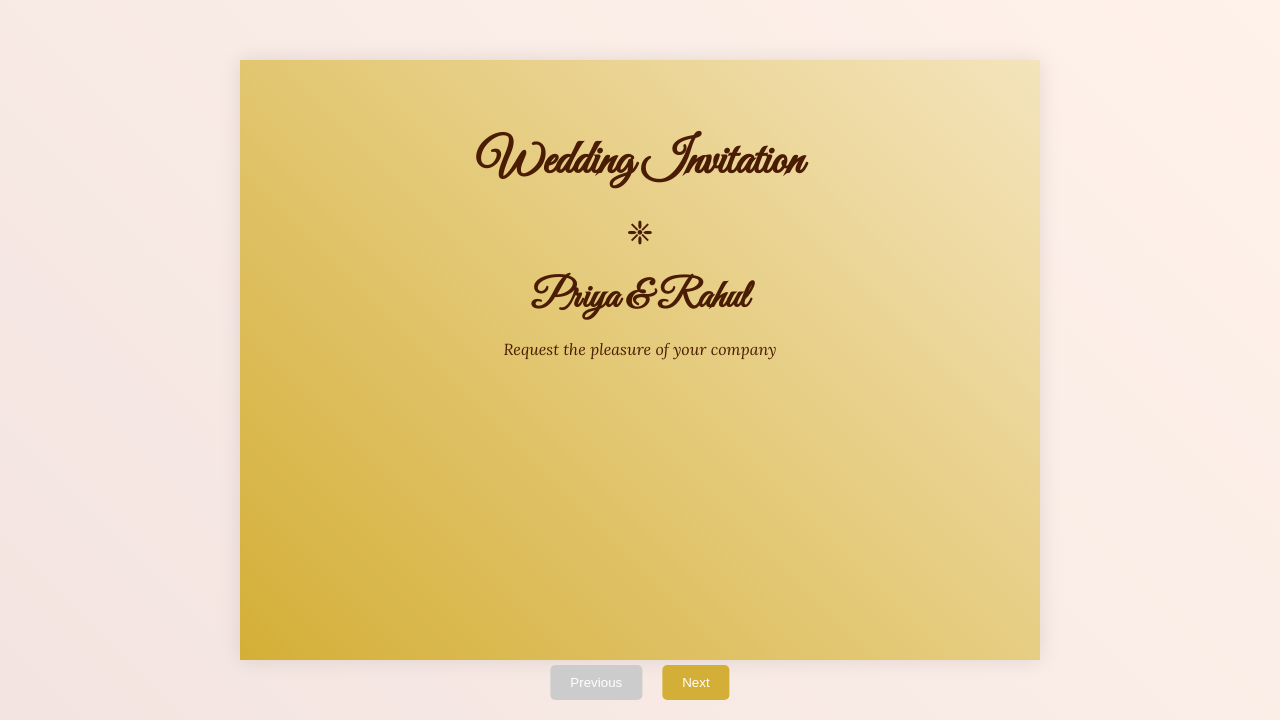
Repository: abhibkop27/finalwedding
Page: index.html
The author's editor kept a copy of each file at every save. The page is drawn from the files as they stood at one save, then again after the next save.
The browser window is 1280 px wide. The pictures show the whole page.

Above is the page before, as saved 2025-02-17 12:17:01.

### index.html
<!DOCTYPE html>
<html lang="en">
<head>
    <meta charset="UTF-8">
    <meta name="viewport" content="width=device-width, initial-scale=1.0">
    <title>Indian Wedding Invitation</title>
    <link rel="stylesheet" href="style.css">
    <link href="https://fonts.googleapis.com/css2?family=Great+Vibes&family=Lora:ital@1&display=swap" rel="stylesheet">
</head>
<body>
    <div class="book">
        <div class="page cover active" data-page="1">
            <div class="content">
                <h1>Wedding Invitation</h1>
                <div class="ornament">❈</div>
                <h2>Priya & Rahul</h2>
                <p>Request the pleasure of your company</p>
            </div>
        </div>

        <div class="page" data-page="2">
            <div class="content">
                <h2>The Wedding Ceremony</h2>
                <p class="date">December 15th, 2024</p>
                <p class="time">6:00 PM Onwards</p>
                <div class="venue">
                    <h3>Venue</h3>
                    <p>Royal Garden Palace</p>
                    <a href="https://maps.google.com/?q=Royal+Garden+Palace" target="_blank" class="map-link">View Location</a>
                </div>
            </div>
        </div>

        <div class="page" data-page="3">
            <div class="content">
                <h2>Events</h2>
                <div class="events">
                    <div class="event">
                        <h3>Mehendi</h3>
                        <p>December 13th, 2024</p>
                        <p>3:00 PM</p>
                    </div>
                    <div class="event">
                        <h3>Sangeet</h3>
                        <p>December 14th, 2024</p>
                        <p>7:00 PM</p>
                    </div>
                </div>
            </div>
        </div>

        <div class="page" data-page="4">
            <div class="content">
                <h2>RSVP</h2>
                <form id="rsvpForm">
                    <input type="text" placeholder="Your Name" required>
                    <input type="number" placeholder="Number of Guests" required>
                    <button type="submit">Confirm Attendance</button>
                </form>
            </div>
        </div>
    </div>

    <div class="navigation">
        <button id="prevBtn" class="nav-button" disabled>Previous</button>
        <button id="nextBtn" class="nav-button">Next</button>
    </div>

    <script src="script.js"></script>
</body>
</html>

### style.css
body {
    margin: 0;
    padding: 0;
    min-height: 100vh;
    display: flex;
    justify-content: center;
    align-items: center;
    background: linear-gradient(45deg, #f3e4e1, #fff2ea);
    font-family: 'Lora', serif;
    scroll-behavior: smooth;
}

.book {
    width: 90%;
    max-width: 800px;
    height: 600px;
    position: relative;
    perspective: 1500px;
}

.page {
    position: absolute;
    width: 100%;
    height: 100%;
    background: #fff;
    transform-origin: left;
    transition: transform 0.6s, opacity 0.6s;
    box-shadow: 0 0 20px rgba(0,0,0,0.1);
    padding: 20px;
    box-sizing: border-box;
    opacity: 0;
    pointer-events: none;

}

.page.active {
    opacity: 1;
    pointer-events: all;
    z-index: 1;
}

.cover {
    background: linear-gradient(45deg, #d4af37, #f4e4bc);
    color: #4a1c03;
}

.content {
    padding: 20px;
    text-align: center;
}

h1 {
    font-family: 'Great Vibes', cursive;
    font-size: 3em;
    color: #4a1c03;
    margin-bottom: 20px;
}

h2 {
    font-family: 'Great Vibes', cursive;
    font-size: 2.5em;
    color: #4a1c03;
    margin: 15px 0;
}

.ornament {
    font-size: 2em;
    color: #4a1c03;
    margin: 20px 0;
}

.date, .time {
    font-size: 1.2em;
    color: #666;
    margin: 10px 0;
}

.venue {
    margin: 30px 0;
    padding: 20px;
    border: 1px solid #d4af37;
    border-radius: 10px;
}

.map-link {
    display: inline-block;
    margin-top: 15px;
    padding: 10px 20px;
    background: #d4af37;
    color: white;
    text-decoration: none;
    border-radius: 5px;
    transition: background 0.3s;
}

.map-link:hover {
    background: #b38f28;
}

.events {
    display: flex;
    flex-direction: column;
    gap: 20px;
}

.event {
    padding: 15px;
    border: 1px solid #d4af37;
    border-radius: 8px;
}

form {
    display: flex;
    flex-direction: column;
    gap: 15px;
    max-width: 300px;
    margin: 0 auto;
}

input {
    padding: 10px;
    border: 1px solid #d4af37;
    border-radius: 5px;
}

button {
    padding: 10px 20px;
    background: #d4af37;
    color: white;
    border: none;
    border-radius: 5px;
    cursor: pointer;
    transition: background 0.3s;
}

button:hover {
    background: #b38f28;
}

.navigation {
    position: fixed;
    bottom: 20px;
    left: 50%;
    transform: translateX(-50%);
    display: flex;
    gap: 20px;
    z-index: 2;
}

.nav-button {
    padding: 10px 20px;
    background: #d4af37;
    color: white;
    border: none;
    border-radius: 5px;
    cursor: pointer;
    transition: background 0.3s;
}

.nav-button:disabled {
    background: #ccc;
    cursor: not-allowed;
}

@media (max-width: 768px) {
    body {
        align-items: flex-start;
        padding: 20px 0;
    }

    .book {
        height: auto;
        min-height: 500px;
    }

    .page {
        position: relative;
        height: auto;
        min-height: 500px;
        margin-top: 50px;
    }

    .navigation {
        position: fixed;
        bottom: 20px;
        background: rgba(255, 255, 255, 0.9);
        padding: 10px;
        border-radius: 10px;
        box-shadow: 0 2px 10px rgba(0,0,0,0.1);
    }
}

### script.js
document.getElementById('rsvpForm').addEventListener('submit', function(e) {
    e.preventDefault();
    const formData = new FormData(e.target);
    alert('Thank you for your RSVP!\nWe look forward to celebrating with you!');
    e.target.reset();
});

// Page Navigation
const pages = document.querySelectorAll('.page');
const prevBtn = document.getElementById('prevBtn');
const nextBtn = document.getElementById('nextBtn');
let currentPage = 1;
const totalPages = pages.length;

function updateButtons() {
    prevBtn.disabled = currentPage === 1;
    nextBtn.disabled = currentPage === totalPages;
}

function showPage(pageNumber) {
    pages.forEach(page => {
        page.classList.remove('active');
        if (parseInt(page.dataset.page) === pageNumber) {
            page.classList.add('active');
            // Add page turn animation
            page.style.transform = 'rotateY(-180deg)';
            setTimeout(() => {
                page.style.transform = 'rotateY(0)';
            }, 50);

            // Scroll to the active page on mobile
            if (window.innerWidth <= 768) {
                page.scrollIntoView({
                    behavior: 'smooth',
                    block: 'start'
                });
            }
        }
    });
    currentPage = pageNumber;
    updateButtons();
}

prevBtn.addEventListener('click', () => {
    if (currentPage > 1) {
        showPage(currentPage - 1);
    }
});

nextBtn.addEventListener('click', () => {
    if (currentPage < totalPages) {
        showPage(currentPage + 1);
    }
});

// Initialize first page
updateButtons();

// Update page position on window resize
window.addEventListener('resize', () => {
    const activePage = document.querySelector('.page.active');
    if (activePage && window.innerWidth <= 768) {
        activePage.scrollIntoView({
            behavior: 'smooth',
            block: 'start'
        });
    }
});

After the next save:
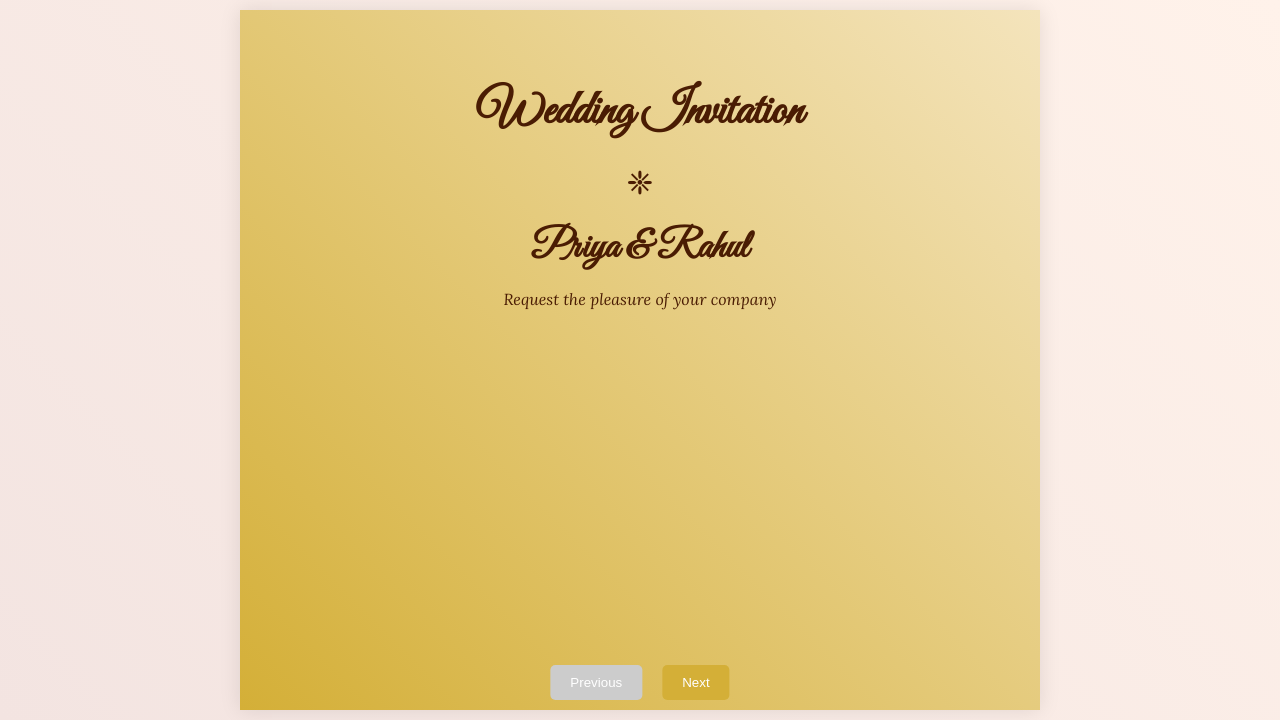
Saved 45 s later.
--- a/style.css
+++ b/style.css
@@ -13,9 +13,14 @@ body {
 .book {
     width: 90%;
     max-width: 800px;
-    height: 600px;
+    height: 700px;
     position: relative;
     perspective: 1500px;
+    display: flex;
+    justify-content: center;
+    align-items: center;
+    flex-direction: column;
+
 }
 
 .page {
